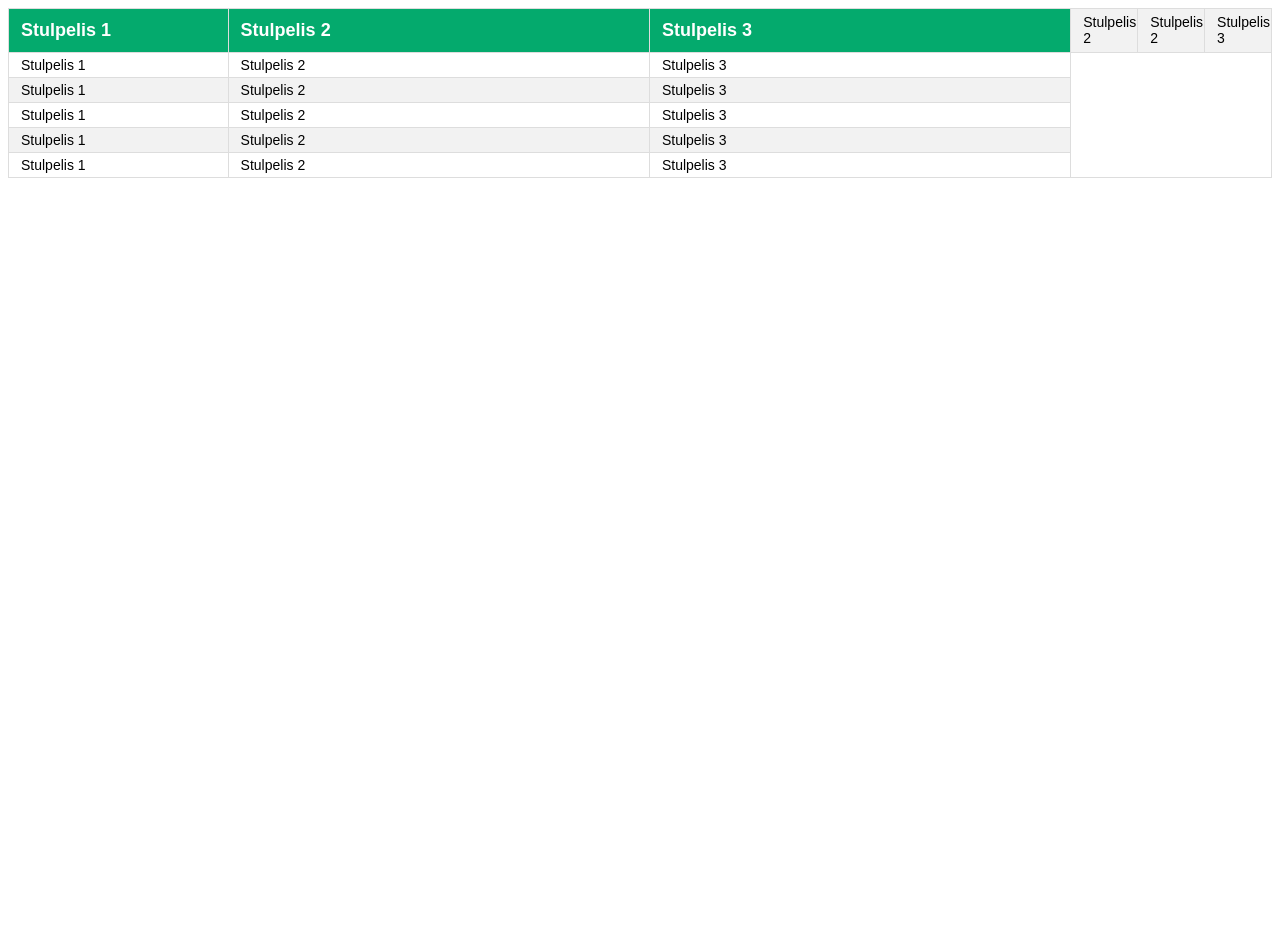
Repository: motiejus1/10-paskaita-05.31
Page: index.html
An editor plug-in stored every save of this project. The page is shown before and after the next save, followed by the edit.
The browser window is 1280 px wide. The pictures show the part of the page from y = 0 to 952 px (the page is 3186 px tall before and 3227 px after).
Backgrounds fixed to the window are drawn as part of the page.

Above is the page before, as saved 2021-06-16 20:33:49.

After the next save:
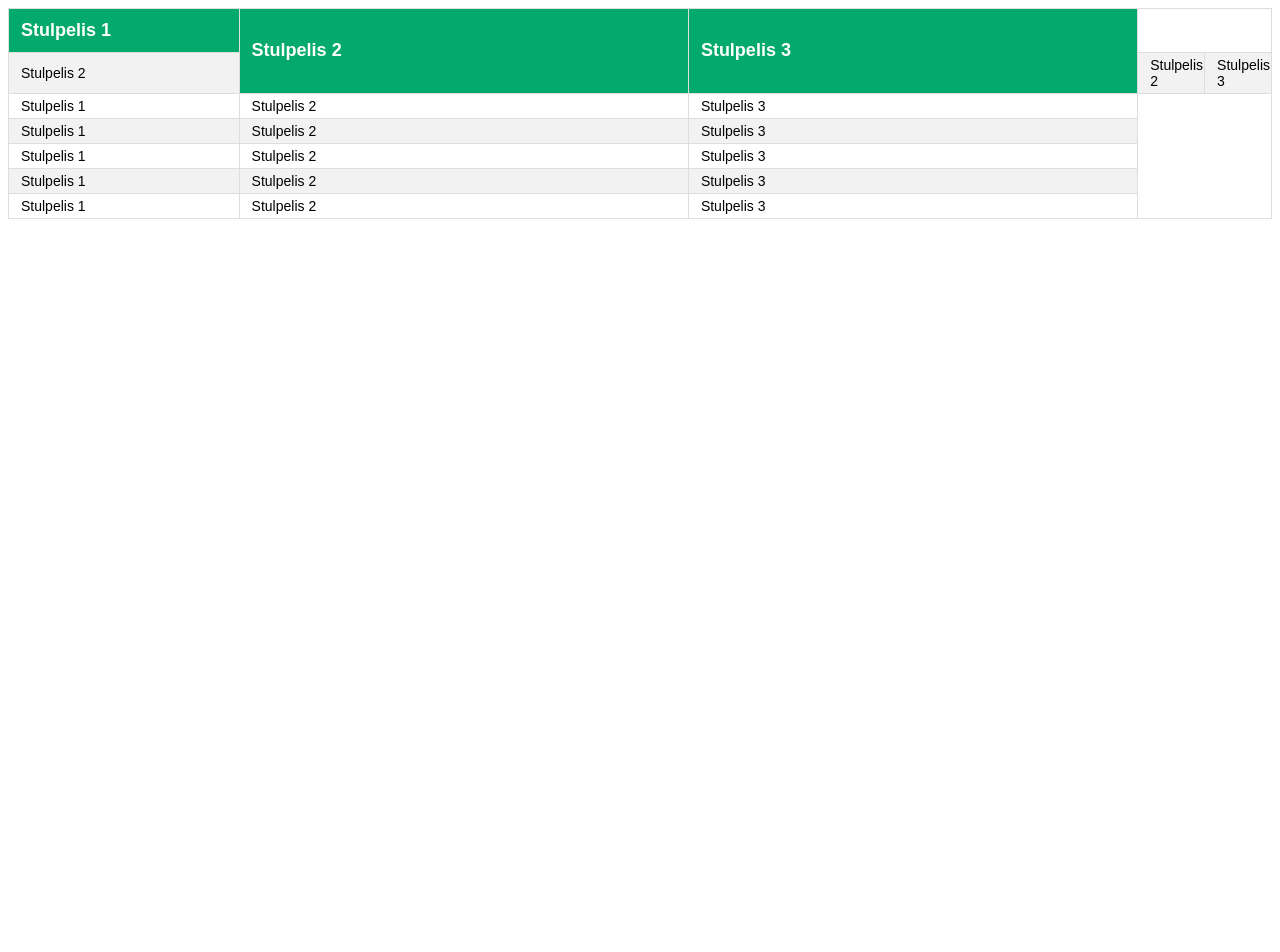
Saved 91 s later.
--- a/index.html
+++ b/index.html
@@ -112,7 +112,7 @@
 
     <table>
         <tr>
-            <th class="col-20" rowspan="2">Stulpelis 1</th>
+            <th class="col-20">Stulpelis 1</th>
             <th class="col-40" rowspan="2">Stulpelis 2</th>
             <th class="col-40" rowspan="2">Stulpelis 3</th>
         </tr>
